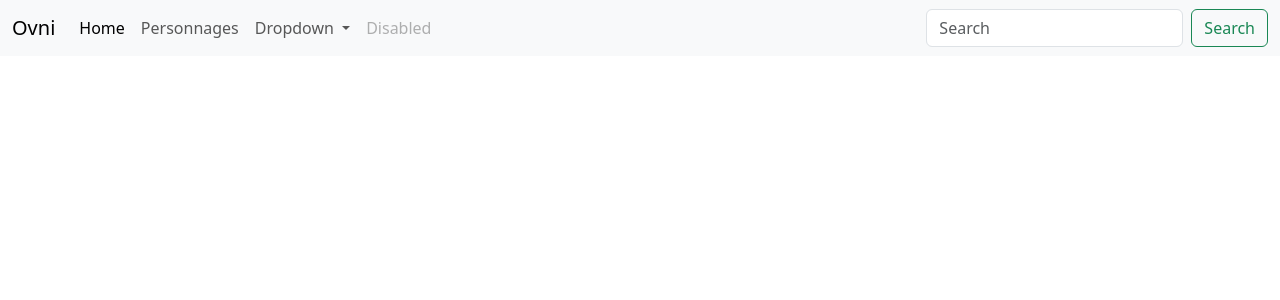
Repository: Timazoy/Site_ovni_tp
Page: index.html
These files come from the project's save history. The page is drawn as it stood at one moment and after the next save; the edit follows.
The browser window is 1280 px wide. The pictures show the whole page.

Above is the page before, as saved 2025-12-15 08:35:41.

### index.html
<!doctype html>
<html lang="fr">

<head>
    <meta charset="utf-8">
    <meta name="viewport" content="width=device-width, initial-scale=1">
    <title>Acceuil</title>
    <link href="https://cdn.jsdelivr.net/npm/bootstrap@5.3.8/dist/css/bootstrap.min.css" rel="stylesheet"
        integrity="sha384-sRIl4kxILFvY47J16cr9ZwB07vP4J8+LH7qKQnuqkuIAvNWLzeN8tE5YBujZqJLB" crossorigin="anonymous">
</head>

<body>


    <nav class="navbar navbar-expand-lg bg-body-tertiary">
        <div class="container-fluid">
            <a class="navbar-brand" href="./index.html">Ovni</a>
            <button class="navbar-toggler" type="button" data-bs-toggle="collapse"
                data-bs-target="#navbarSupportedContent" aria-controls="navbarSupportedContent" aria-expanded="false"
                aria-label="Toggle navigation">
                <span class="navbar-toggler-icon"></span>
            </button>
            <div class="collapse navbar-collapse" id="navbarSupportedContent">
                <ul class="navbar-nav me-auto mb-2 mb-lg-0">
                    <li class="nav-item">
                        <a class="nav-link active" aria-current="page" href="#">Home</a>
                    </li>
                    <li class="nav-item">
                        <a class="nav-link" href="./perso.html">Personnages</a>
                    </li>
                    <li class="nav-item dropdown">
                        <a class="nav-link dropdown-toggle" href="#" role="button" data-bs-toggle="dropdown"
                            aria-expanded="false">
                            Dropdown
                        </a>
                        <ul class="dropdown-menu">
                            <li><a class="dropdown-item" href="#">Action</a></li>
                            <li><a class="dropdown-item" href="#">Another action</a></li>
                            <li>
                                <hr class="dropdown-divider">
                            </li>
                            <li><a class="dropdown-item" href="#">Something else here</a></li>
                        </ul>
                    </li>
                    <li class="nav-item">
                        <a class="nav-link disabled" aria-disabled="true">Disabled</a>
                    </li>
                </ul>
                <form class="d-flex" role="search">
                    <input class="form-control me-2" type="search" placeholder="Search" aria-label="Search" />
                    <button class="btn btn-outline-success" type="submit">Search</button>
                </form>
            </div>
        </div>
    </nav>


    <script src="https://cdn.jsdelivr.net/npm/bootstrap@5.3.8/dist/js/bootstrap.bundle.min.js"
        integrity="sha384-FKyoEForCGlyvwx9Hj09JcYn3nv7wiPVlz7YYwJrWVcXK/BmnVDxM+D2scQbITxI"
        crossorigin="anonymous"></script>
</body>

</html>

After the next save:
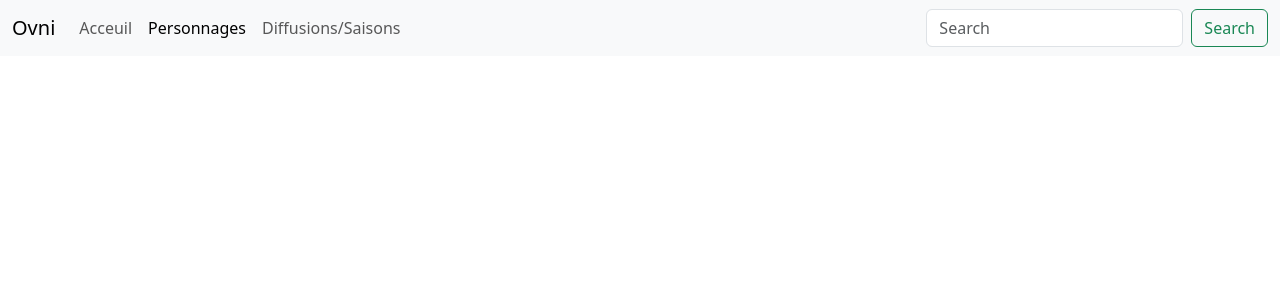
Saved 12 s later.
--- a/index.html
+++ b/index.html
@@ -23,27 +23,13 @@
             <div class="collapse navbar-collapse" id="navbarSupportedContent">
                 <ul class="navbar-nav me-auto mb-2 mb-lg-0">
                     <li class="nav-item">
-                        <a class="nav-link active" aria-current="page" href="#">Home</a>
+                        <a class="nav-link" aria-current="page" href="./index.html">Acceuil</a>
                     </li>
                     <li class="nav-item">
-                        <a class="nav-link" href="./perso.html">Personnages</a>
-                    </li>
-                    <li class="nav-item dropdown">
-                        <a class="nav-link dropdown-toggle" href="#" role="button" data-bs-toggle="dropdown"
-                            aria-expanded="false">
-                            Dropdown
-                        </a>
-                        <ul class="dropdown-menu">
-                            <li><a class="dropdown-item" href="#">Action</a></li>
-                            <li><a class="dropdown-item" href="#">Another action</a></li>
-                            <li>
-                                <hr class="dropdown-divider">
-                            </li>
-                            <li><a class="dropdown-item" href="#">Something else here</a></li>
-                        </ul>
+                        <a class="nav-link active" href="./perso.html">Personnages</a>
                     </li>
                     <li class="nav-item">
-                        <a class="nav-link disabled" aria-disabled="true">Disabled</a>
+                        <a class="nav-link" href="./saisons.html">Diffusions/Saisons</a>
                     </li>
                 </ul>
                 <form class="d-flex" role="search">
